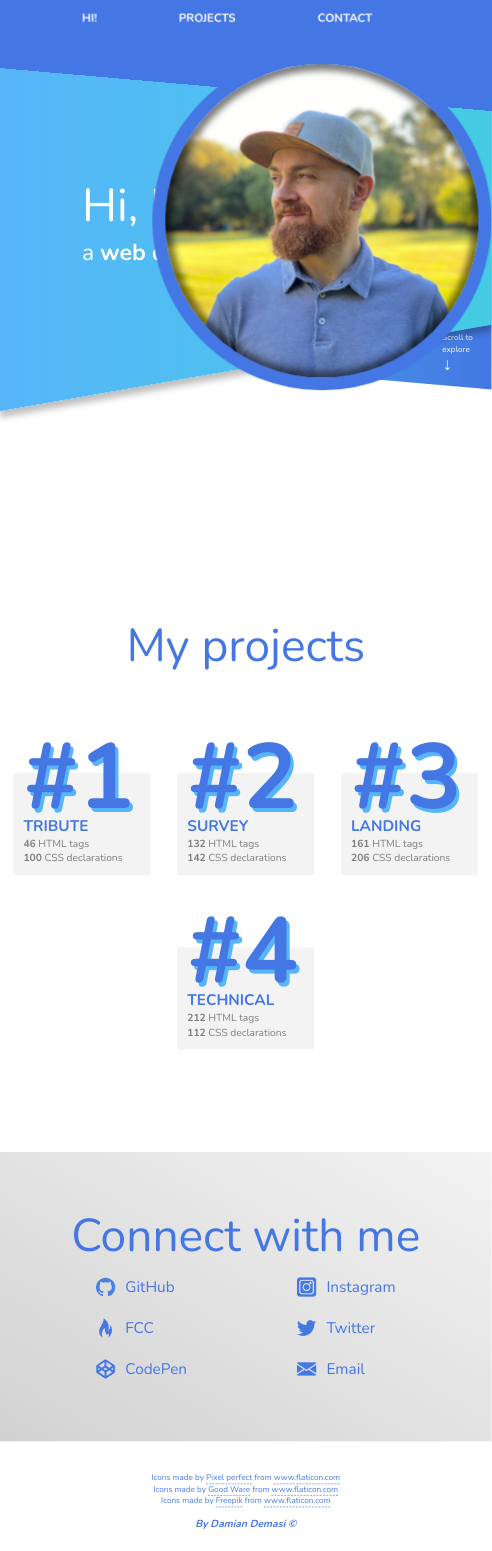
Repository: Colo-Codes/freecodecamp-05-Personal-Portfolio-Webpage
Page: index.html
An editor plug-in stored every save of this project. The page is shown before and after the next save, followed by the edit.
The browser window is 768 px wide. The pictures show the whole page, at 64% of full size.

Above is the page before, as saved 2021-06-04 08:34:33.

### index.html
<!DOCTYPE html>
<html lang="en">

<head>
    <meta charset="UTF-8">
    <meta http-equiv="X-UA-Compatible" content="IE=edge">
    <meta name="viewport" content="width=device-width, initial-scale=1.0">
    <link rel="preconnect" href="https://fonts.gstatic.com">
    <link href="https://fonts.googleapis.com/css2?family=Nunito:wght@300;400;700&display=swap" rel="stylesheet">
    <link rel="stylesheet" href="./css/index.css">
    <title>Personal Portfolio Webpage</title>
</head>

<body>
    <header>
        <navbar id="navbar">
            <div id="navbar-container">
                <ul id="navbar-flex-container">
                    <li class="navbar-flex-item"><a href="#welcome-section">Hi!</a></li>
                    <li class="navbar-flex-item"><a href="#projects">Projects</a></li>
                    <li class="navbar-flex-item"><a href="#contact">Contact</a></li>
                </ul>
            </div>
        </navbar>
    </header>

    <section id="welcome-section">
        <div id="welcome-section-container">
            <div id="hero-img" role="img"
                aria-label="Damian's profile picture: he has a hat, beard, and he is looking left while standing on a green field.">
            </div>
            <div id="hero-text-container">
                <h1>Hi, I'm <strong>Damian</strong></h1>
                <p>a <strong>web developer</strong> located in Australia</p>
            </div>
        </div>
        <div id="top-layer"></div>
        <div id="bottom-layer">
            <div id="scroll-to-explore">
                <p>Scroll to explore</p>
                <img src="./img/down-arrow.png" alt="Arrow pointing down." height="40px">
            </div>
        </div>
    </section>

    <section id="projects">
        <h2>My projects</h2>
        <div id="project-card-flex-container">

            <div class="project-card">
                <div class="project-card-bg">
                    <div class="project-tile">
                        <a href="https://darthcolo.github.io/freecodecamp-01-Build-a-Tribute-Page/" target="_blank">
                            <h3>#1</h3>
                            <h4>Tribute</h4>
                        </a>
                    </div>
                    <div class="project-descr">
                        <p><strong>46</strong> HTML tags</p>
                        <p><strong>100</strong> CSS declarations</p>
                    </div>
                </div>
            </div>

            <div class="project-card">
                <div class="project-card-bg">
                    <div class="project-tile">
                        <a href="https://darthcolo.github.io/freecodecamp-02-Build-a-Survey-Form/" target="_blank">
                            <h3>#2</h3>
                            <h4>Survey</h4>
                        </a>
                    </div>
                    <div class="project-descr">
                        <p><strong>132</strong> HTML tags</p>
                        <p><strong>142</strong> CSS declarations</p>
                    </div>
                </div>
            </div>

            <div class="project-card">
                <div class="project-card-bg">
                    <div class="project-tile">
                        <a href="https://darthcolo.github.io/freecodecamp-03-Product-Landing-Page/" target="_blank">
                            <h3>#3</h3>
                            <h4>Landing</h4>
                        </a>
                    </div>
                    <div class="project-descr">
                        <p><strong>161</strong> HTML tags</p>
                        <p><strong>206</strong> CSS declarations</p>
                    </div>
                </div>
            </div>

            <div class="project-card">
                <div class="project-card-bg">
                    <div class="project-tile">
                        <a href="https://darthcolo.github.io/freecodecamp-04-Technical-Documentation-Page/" target="_blank">
                            <h3>#4</h3>
                            <h4>Technical</h4>
                        </a>
                    </div>
                    <div class="project-descr">
                        <p><strong>212</strong> HTML tags</p>
                        <p><strong>112</strong> CSS declarations</p>
                    </div>
                </div>
            </div>

        </div>
    </section>

    <section id="contact">
        <h2>Connect with me</h2>
        <div id="contact-networks">
            <div class="contact-networks-col">
                <a href="https://github.com/Darthcolo" id="profile-link" target="_blank"><img src="./img/github.png"
                        width="30px"><span>GitHub</span></a>
                <a href="https://www.freecodecamp.org/darthcolo" id="profile-link-fcc" target="_blank"><img src="./img/fire.png"
                        width="30px"><span>FCC</span></a>
                <a href="https://codepen.io/Darthcolo" id="profile-link-codepen" target="_blank"><img src="./img/3d-outlined-shape.png"
                        width="30px"><span>CodePen</span></a>
            </div>
            <div class="contact-networks-col">
                <a href="https://www.instagram.com/colo.codes/" id="profile-link-instagram" target="_blank"><img src="./img/instagram.png"
                        width="30px"><span>Instagram</span></a>
                <a href="https://twitter.com/DamianDemasi" id="profile-link-twitter" target="_blank"><img src="./img/twitter.png"
                        width="30px"><span>Twitter</span></a>
                <a href="mailto:damian.demasi.1@gmail.com" id="profile-link-email" target="_blank"><img
                        src="./img/email.png" width="30px"><span>Email</span></a>
            </div>
        </div>
    </section>

    <footer>
        <div>Icons made by <a href="https://www.flaticon.com/authors/pixel-perfect" title="Pixel perfect" target="_blank">Pixel
                perfect</a> from <a href="https://www.flaticon.com/" title="Flaticon" target="_blank">www.flaticon.com</a></div>
        <div>Icons made by <a href="https://www.flaticon.com/authors/good-ware" title="Good Ware" target="_blank">Good Ware</a> from <a
                href="https://www.flaticon.com/" title="Flaticon" target="_blank">www.flaticon.com</a></div>
        <div>Icons made by <a href="https://www.freepik.com" title="Freepik" target="_blank">Freepik</a> from <a
                href="https://www.flaticon.com/" title="Flaticon" target="_blank">www.flaticon.com</a></div>
        <p>By Damian Demasi &copy;</p>
    </footer>
</body>

</html>

### css/index.css
/* @media */

/* The height of the welcome section should be equal to the height of the viewport. */

/* The navbar should always be at the top of the viewport. */

/* Border-box and font-size */
html {
    box-sizing: border-box;
    font-size: 16px;
}
body {
    font-family: 'Nunito', sans-serif;
}

/* Reset margins and set global values */

*, *::before, *::after {
    box-sizing: inherit;
    margin: 0;
    padding: 0;
}

a:link {
    text-decoration: none;
}

/* Media queries */


@media screen and (max-width: 1350px) {
    #hero-text-container h1 {
        padding-top: 15rem;
        margin-left: 6rem;
        font-size: 3.5rem;
    }

    #hero-text-container > p {
        margin-left: 6rem;
        font-size: 2rem;
    }

}

@media screen and (max-width: 1050px) {
    #hero-text-container h1 {
        padding-top: 10rem;
        margin-left: 5rem;
        font-size: 2.5rem;
    }

    #hero-text-container > p {
        margin-left: 5rem;
        font-size: 1.5rem;
    }
}

@media screen and (max-width: 850px) {
    #hero-text-container h1 {
        padding-top: 10rem;
        margin-left: 4rem;
        font-size: 2rem;
    }

    #hero-text-container > p {
        margin-left: 4rem;
        font-size: 1rem;
    }


}

/* Navbar */

#navbar {
    display: block;
    background-color: #4477E3;
    /* 1rem = 16px -> 18.75rem = 300px */
    height: 18.75rem;
    width: 100%;
    transform: skewY(5deg) translateY(-10rem);
    position: fixed;
    z-index: 4;

}
#navbar-container {
    max-width: 90rem;
    margin: auto;

}

#navbar-flex-container {
    display: flex;
    /* align-items: center; */
    /* justify-content: space-around; */
    height: 100%;
    transform: skewY(-5deg) translateY(5rem);
    z-index: 4;
}
.navbar-flex-item {
    list-style: none;
    margin: 6rem 0 0 8rem;
    font-style: normal;
    font-weight: bold;
    font-size: 1.125rem;
    text-transform: uppercase;
    color: white;

}

#navbar a:link, #navbar a:visited {
    color: white;
}

#navbar a:hover, #navbar a:active, #navbar a:focus {
    border-bottom: 1px dashed white;
}

/* Hero */

#welcome-section {
    height: 200vh;
}

#welcome-section-container {
    /* 1440px = 90rem */
    max-width: 90rem;
    height: 40rem;
    margin: auto;
    position: relative;
}

#hero-text-container h1 {
    padding-top: 17rem;
    margin-left: 8rem;
    font-size: 4.5rem;
    font-weight: 300;
    color: white;
}

#hero-text-container > p {
    margin-left: 8rem;
    font-size: 2.25rem;
    color: white;
    font-weight: 300;
}

#hero-text-container {
    position: relative;
    z-index: 3;
}

#hero-img {
    top: 5rem;
    right: 0rem;
    border-radius: 50%;
    width: 33.125rem;
    height: 33.125rem;
    border: 20px solid #4477E3;
    background: url(../img/6D5BF231-2A3E-4029-9EFE-9C82AF0D506F_1_105_c.jpeg);
    background-position: center;
    background-size: contain;
    background-repeat: no-repeat;
    box-shadow: inset 0px 0px 10px 10px rgba(0, 0, 0, 0.5);
    position: absolute;
    z-index: 5;
}

#top-layer {
    background: #57B5FA; /* fallback for old browsers */
    background: -webkit-linear-gradient(to left, #44CBE3, #57B5FA);  /* Chrome 10-25, Safari 5.1-6 */
    background: linear-gradient(to left, #44CBE3, #57B5FA); /* W3C, IE 10+/ Edge, Firefox 16+, Chrome 26+, Opera 12+, Safari 7+ */
    /* 1rem = 16px -> 60.31rem = 865px + 100px */
    /* height: 60.31rem; */
    height: 100vh;
    width: 100%;
    transform: skewY(-10deg) translateY( -54.06rem );
    box-shadow: 0px 10px 10px rgba(0, 0, 0, 0.25);
    position: relative;
    z-index: 2;

}

#bottom-layer {
    background: #4477E3; /* fallback for old browsers */
    background: -webkit-linear-gradient(to right, #44CBE3, #4477E3);  /* Chrome 10-25, Safari 5.1-6 */
    background: linear-gradient(to right, #44CBE3, #4477E3); /* W3C, IE 10+/ Edge, Firefox 16+, Chrome 26+, Opera 12+, Safari 7+ */
    /* 1rem = 16px -> 54.06rem = 865px */
    height: 54.06rem;
    width: 100%;
    transform: skewY(5deg) translateY(-108.12rem); /* 54.06 * 2 */
    position: relative;
    z-index: 1;

}

#scroll-to-explore {
    position: relative;
    top: 90%;
    margin-left: 90%;
    transform: skewY(-5deg);

}

#scroll-to-explore > p {
    font-size: .8rem;
    color: white;
    font-weight: 300;

}

#scroll-to-explore > img {
    margin-top: .5rem;
    filter: invert(1);
    height: 1rem;
}

/* Projects */

#projects {
    max-width: 62.72rem;
    margin: -100vh auto 0;
    padding-top: 10rem;
}

#project-card-flex-container {
    display: flex;
    justify-content: space-around;
    flex-wrap: wrap;
}

#projects h2 {
    color: #4477E3;
    font-size: 4.5rem;
    font-weight: 300;
    text-align: center;
    margin-bottom: 3.375rem;
}

.project-card {
    display: block;
    width: 13.43rem;
    height: 15rem;
    transition: .3s;
    margin: 1rem;

}

.project-card:hover {
    background: #F3F3F3;
    background-color: #F3F3F3;
    box-shadow: 0px 10px 30px 3px rgba(0, 0, 0, 0.25);
    border-radius: 5px;
    transition: linear;
    transition: .3s;
}

.project-card-bg {
    margin-top: 5rem;
    height: 10rem;
    background-color: #F3F3F3;
    border-radius: 5px;
    position: relative;
}

.project-card-bg div {
    margin-left: 1rem;
}

.project-tile {
    position: relative;
    top: -4rem;
}

.project-descr {
    position: relative;
    top: -4rem;
    color: #7D7D7D;
}

.project-tile h3 {
    font-weight: 700;
    font-size: 9rem;
    line-height: 1;
    text-shadow: 5px 5px #57B5FA;

}

.project-tile h4 {
    margin-top: -1rem;
    font-size: 1.5rem;
    text-transform: uppercase;
    line-height: 1.5;
}

.project-tile a {
    color: #4477E3;
}

/* Contact */

#contact {
    margin-top: 9rem;
    padding: 5.06rem 0;
    width: 100%;
    height: 100%;
    background: #F3F3F3; /* fallback for old browsers */
    background: -webkit-linear-gradient(to top right, #d2d2d2, #F3F3F3);  /* Chrome 10-25, Safari 5.1-6 */
    background: linear-gradient(to top right, #d2d2d2, #F3F3F3); /* W3C, IE 10+/ Edge, Firefox 16+, Chrome 26+, Opera 12+, Safari 7+ */
}

#contact h2 {
    font-size: 4.5rem;
    font-weight: 300;
    color: #4477E3;
    text-align: center;
}

#contact-networks {
    max-width: 40rem;
    display: flex;
    margin: auto;
    justify-content: space-around;
    flex-wrap: wrap;
}

.contact-networks-col {
    display: flex;
    flex-direction: column;
    margin: 0 2rem;
}

.contact-networks-col a {
    font-size: 1.5rem;
    color: #4477E3;
    display: flex;
    align-items: center;
    padding: 1rem;
}

.contact-networks-col a:hover, .contact-networks-col a:active {
    color: white;
    background-color: #4477E3;
}
.contact-networks-col a:hover img, .contact-networks-col a:active img {
    filter: invert(100%) sepia(0%) saturate(7500%) hue-rotate(26deg) brightness(100%) contrast(150%);;
}

.contact-networks-col img {
    margin-right: 1rem;
    filter: invert(37%) sepia(98%) saturate(969%) hue-rotate(201deg) brightness(94%) contrast(89%);
}

/* Footer */

footer {
    color: #4477E3;
    padding-top: 3rem;
    margin-bottom: 2rem;
    text-align: center;
}

footer a:link, footer a:visited {
    color: #4477E3;
    border-bottom: 1px dashed #4477E3;
}

footer a:hover, footer a:active, footer a:focus {
    color: #57B5FA;
    border-bottom: 1px dashed #57B5FA;
}

footer div {
    font-size: .8rem;
}

footer p {
    font-weight: 700;
    font-style: italic;
    margin-top: 1rem;
}

After the next save:
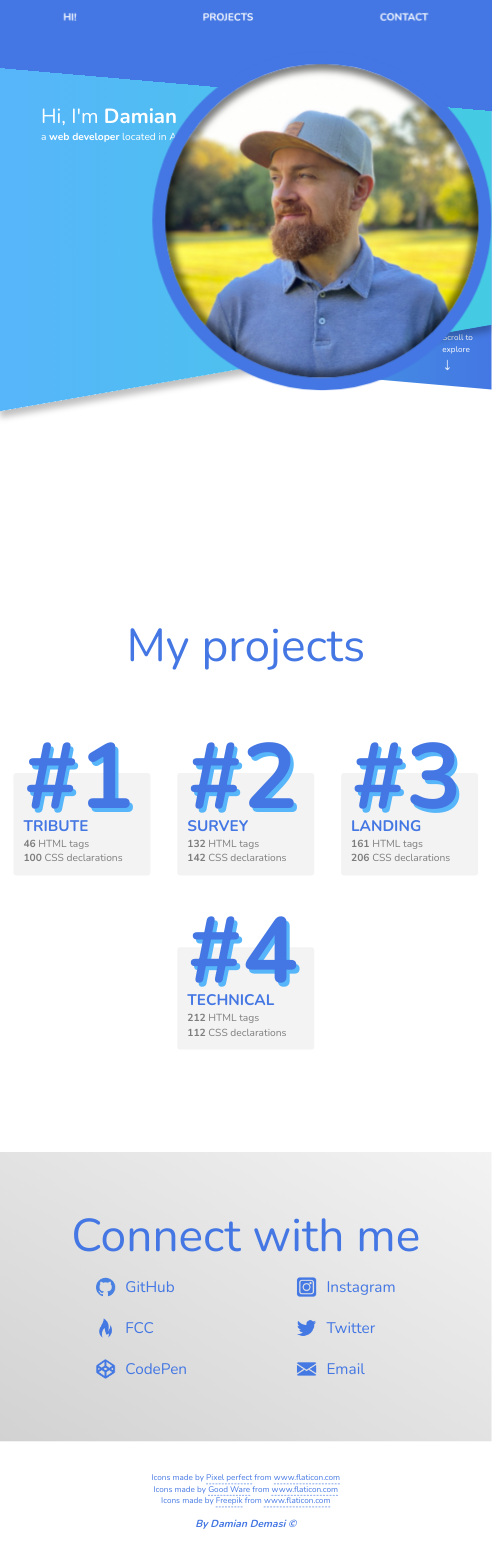
Saved 27 s later.
--- a/css/index.css
+++ b/css/index.css
@@ -23,51 +23,6 @@ body {
 
 a:link {
     text-decoration: none;
-}
-
-/* Media queries */
-
-
-@media screen and (max-width: 1350px) {
-    #hero-text-container h1 {
-        padding-top: 15rem;
-        margin-left: 6rem;
-        font-size: 3.5rem;
-    }
-
-    #hero-text-container > p {
-        margin-left: 6rem;
-        font-size: 2rem;
-    }
-
-}
-
-@media screen and (max-width: 1050px) {
-    #hero-text-container h1 {
-        padding-top: 10rem;
-        margin-left: 5rem;
-        font-size: 2.5rem;
-    }
-
-    #hero-text-container > p {
-        margin-left: 5rem;
-        font-size: 1.5rem;
-    }
-}
-
-@media screen and (max-width: 850px) {
-    #hero-text-container h1 {
-        padding-top: 10rem;
-        margin-left: 4rem;
-        font-size: 2rem;
-    }
-
-    #hero-text-container > p {
-        margin-left: 4rem;
-        font-size: 1rem;
-    }
-
-
 }
 
 /* Navbar */
@@ -379,3 +334,52 @@ footer p {
     font-style: italic;
     margin-top: 1rem;
 }
+
+/* Media queries */
+
+
+@media screen and (max-width: 1350px) {
+    #hero-text-container h1 {
+        padding-top: 15rem;
+        margin-left: 6rem;
+        font-size: 3.5rem;
+    }
+
+    #hero-text-container > p {
+        margin-left: 6rem;
+        font-size: 2rem;
+    }
+
+}
+
+@media screen and (max-width: 1050px) {
+    #hero-text-container h1 {
+        padding-top: 10rem;
+        margin-left: 5rem;
+        font-size: 2.5rem;
+    }
+
+    #hero-text-container > p {
+        margin-left: 5rem;
+        font-size: 1.5rem;
+    }
+}
+
+@media screen and (max-width: 850px) {
+    #hero-text-container h1 {
+        padding-top: 10rem;
+        margin-left: 4rem;
+        font-size: 2rem;
+    }
+
+    #hero-text-container > p {
+        margin-left: 4rem;
+        font-size: 1rem;
+    }
+
+    .navbar-flex-item {
+        margin: 6rem auto 0;
+        font-size: 1rem;
+        color: red;
+    }
+}
